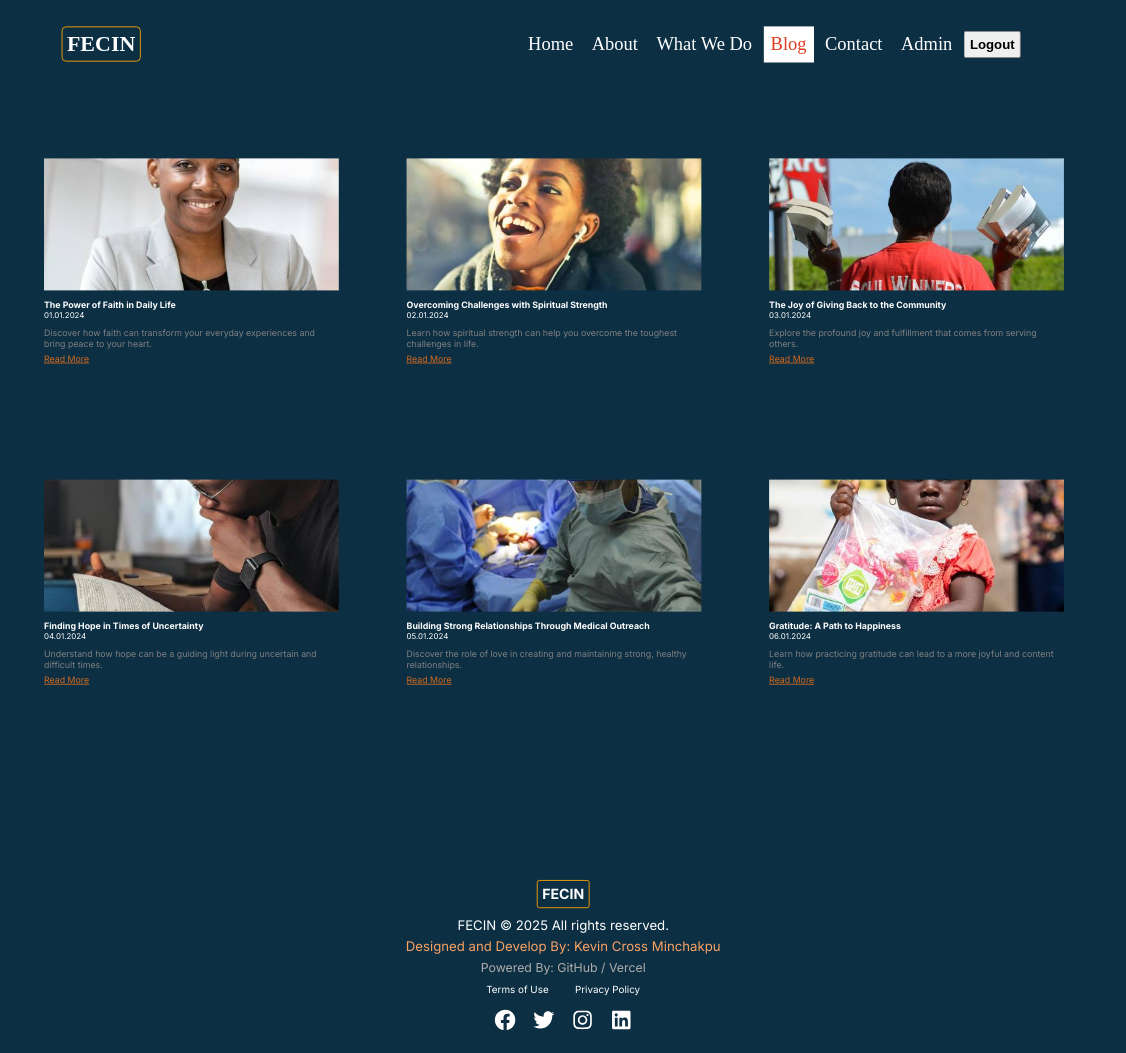
Repository: KCMinchakpu/fecin-projectgs497
Page: /blog
These files come from the project's save history. The page is drawn as it stood at one moment and after the next save; the edit follows.
The browser window is 1280 px wide. The pictures show the whole page, at 88% of full size.
The project was rebuilt for these pictures with package versions that can differ from the ones it lists, and the page was loaded fresh each time. The framework's server and built-in components were replaced by stand-ins that run in the browser. Also part of the build but not shown: next.config.mjs.

Above is the page before, as saved 2025-04-02 19:41:29.

After the next save:
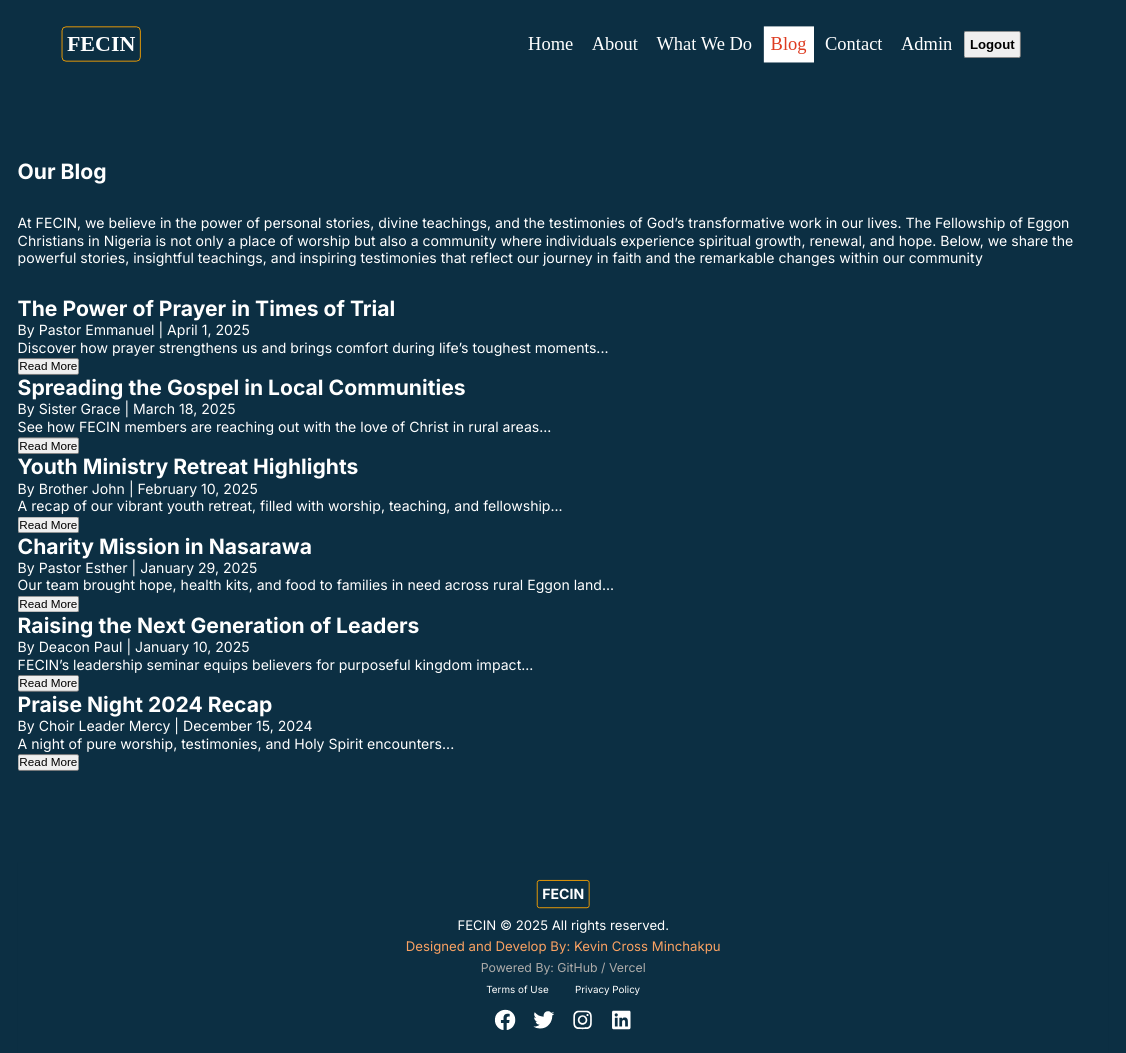
Saved 2 days later.
--- a/src/app/blog/page.jsx
+++ b/src/app/blog/page.jsx
@@ -1,60 +1,77 @@
 import React from 'react';
-import PostCard from '@/components/postCard/postCard';
 import styles from './blog.module.css';
+import Link from 'next/link';
+
+
+const blogPosts = [
+  {
+    title: 'The Power of Prayer in Times of Trial',
+    slug: 'the-power-of-prayer',
+    excerpt: 'Discover how prayer strengthens us and brings comfort during life’s toughest moments...',
+    date: 'April 1, 2025',
+    author: 'Pastor Emmanuel',
+  },
+  {
+    title: 'Spreading the Gospel in Local Communities',
+    slug: 'spreading-the-gospel',
+    excerpt: 'See how FECIN members are reaching out with the love of Christ in rural areas...',
+    date: 'March 18, 2025',
+    author: 'Sister Grace',
+  },
+  {
+    title: 'Youth Ministry Retreat Highlights',
+    slug: 'youth-ministry',
+    excerpt: 'A recap of our vibrant youth retreat, filled with worship, teaching, and fellowship...',
+    date: 'February 10, 2025',
+    author: 'Brother John',
+  },
+  {
+    title: 'Charity Mission in Nasarawa',
+    slug: 'charity-mission',
+    excerpt: 'Our team brought hope, health kits, and food to families in need across rural Eggon land...',
+    date: 'January 29, 2025',
+    author: 'Pastor Esther',
+  },
+  {
+    title: 'Raising the Next Generation of Leaders',
+    slug: 'raising-the-next-generation',
+    excerpt: 'FECIN’s leadership seminar equips believers for purposeful kingdom impact...',
+    date: 'January 10, 2025',
+    author: 'Deacon Paul',
+  },
+  {
+    title: 'Praise Night 2024 Recap',
+    slug: 'praise-night',
+    excerpt: 'A night of pure worship, testimonies, and Holy Spirit encounters...',
+    date: 'December 15, 2024',
+    author: 'Choir Leader Mercy',
+  },
+];
 
 const BlogPage = () => {
-  const posts = [
-    {
-      imageSrc: '/post-1.jpg',
-      title: 'The Power of Faith in Daily Life',
-      description: 'Discover how faith can transform your everyday experiences and bring peace to your heart.',
-      date: '01.01.2024',
-    },
-    {
-      imageSrc: '/post-2.jpg',
-      title: 'Overcoming Challenges with Spiritual Strength',
-      description: 'Learn how spiritual strength can help you overcome the toughest challenges in life.',
-      date: '02.01.2024',
-    },
-    {
-      imageSrc: '/post-3.jpg',
-      title: 'The Joy of Giving Back to the Community',
-      description: 'Explore the profound joy and fulfillment that comes from serving others.',
-      date: '03.01.2024',
-    },
-    {
-      imageSrc: '/post-4.jpg',
-      title: 'Finding Hope in Times of Uncertainty',
-      description: 'Understand how hope can be a guiding light during uncertain and difficult times.',
-      date: '04.01.2024',
-    },
-    {
-      imageSrc: '/post-5.jpg',
-      title: 'Building Strong Relationships Through Medical Outreach',
-      description: 'Discover the role of love in creating and maintaining strong, healthy relationships.',
-      date: '05.01.2024',
-    },
-    {
-      imageSrc: '/post-6.jpg',
-      title: 'Gratitude: A Path to Happiness',
-      description: 'Learn how practicing gratitude can lead to a more joyful and content life.',
-      date: '06.01.2024',
-    },
-  ];
-
   return (
-    <div className={styles.container}>
-      {posts.map((post, index) => (
-        <div className={styles.post} key={index}>
-          <PostCard
-            imageSrc={post.imageSrc}
-            title={post.title}
-            description={post.description}
-            date={post.date}
-          />
+    <section className={styles.section}>
+      <div className={styles.container}>
+        <h1 className={styles.heading}>Our Blog</h1>
+        <p className={styles.subheading}>
+        At FECIN, we believe in the power of personal stories, divine teachings, and the testimonies of God’s transformative work in our lives. The Fellowship of Eggon Christians in Nigeria is not only a place of worship but also a community where individuals experience spiritual growth, renewal, and hope. Below, we share the powerful stories, insightful teachings, and inspiring testimonies that reflect our journey in faith and the remarkable changes within our community
+        </p>
+        <div className={styles.grid}>
+          {blogPosts.map((post, index) => (
+            <div key={index} className={styles.card}>
+              <h2 className={styles.cardTitle}>{post.title}</h2>
+              <p className={styles.meta}>
+                By {post.author} | {post.date}
+              </p>
+              <p className={styles.excerpt}>{post.excerpt}</p>
+              <Link href={`/blog/${post.slug}`}>
+                <button className={styles.readMore}>Read More</button>
+              </Link>
+            </div>
+          ))}
         </div>
-      ))}
-    </div>
+      </div>
+    </section>
   );
 };
 
